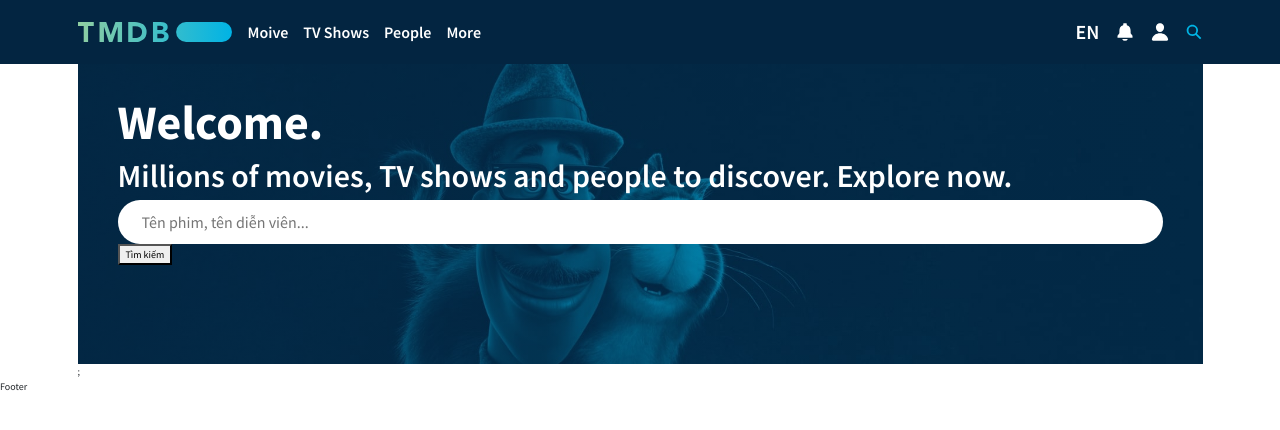
Repository: nguyennam1029/TMDB-App
Page: /
The author's editor kept a copy of each file at every save. The page is drawn from the files as they stood at one save, then again after the next save.
The browser window is 1280 px wide. The pictures show the whole page.
The project was rebuilt for these pictures with package versions that can differ from the ones it lists, and the page was loaded fresh each time. Also part of the build but not shown: src/components/ui/HeroCart/heroCart.css, src/components/ui/HeroCart/HeroCart.jsx, src/page/Search.jsx. Imported but missing from the stored project, and not drawn on this page: src/components/ui/ListHero/ListHero, src/page/HeroDetail.

Above is the page before, as saved 2022-09-26 20:21:17.

### public/index.html
<!DOCTYPE html>
<html lang="en">
  <head>
    <meta charset="utf-8" />
    <link rel="icon" href="%PUBLIC_URL%/favicon.ico" />
    <meta name="viewport" content="width=device-width, initial-scale=1" />
    <meta name="theme-color" content="#000000" />
    <meta
      name="description"
      content="Web site created using create-react-app"
    />
    <link rel="apple-touch-icon" href="%PUBLIC_URL%/logo192.png" />
    <!--
      manifest.json provides metadata used when your web app is installed on a
      user's mobile device or desktop. See https://developers.google.com/web/fundamentals/web-app-manifest/
    -->
    <link rel="manifest" href="%PUBLIC_URL%/manifest.json" />
    <!--
      Notice the use of %PUBLIC_URL% in the tags above.
      It will be replaced with the URL of the `public` folder during the build.
      Only files inside the `public` folder can be referenced from the HTML.

      Unlike "/favicon.ico" or "favicon.ico", "%PUBLIC_URL%/favicon.ico" will
      work correctly both with client-side routing and a non-root public URL.
      Learn how to configure a non-root public URL by running `npm run build`.
    -->
    <link
      rel="stylesheet"
      href="https://cdn.jsdelivr.net/npm/bootstrap@5.1.0/dist/css/bootstrap.min.css"
    />
    <title>React App</title>
  </head>
  <body>
    <noscript>You need to enable JavaScript to run this app.</noscript>
    <div id="root"></div>
    <!--
      This HTML file is a template.
      If you open it directly in the browser, you will see an empty page.

      You can add webfonts, meta tags, or analytics to this file.
      The build step will place the bundled scripts into the <body> tag.

      To begin the development, run `npm start` or `yarn start`.
      To create a production bundle, use `npm run build` or `yarn build`.
    -->
  </body>
</html>

### src/index.js
import React from "react";
import ReactDOM from "react-dom/client";
import { BrowserRouter as Router } from "react-router-dom";

import { Provider } from "react-redux";
import store from "./store";
import "./index.css";
import App from "./App";

const root = ReactDOM.createRoot(document.getElementById("root"));
root.render(
  <React.StrictMode>
    <Provider store={store}>
      <Router>
        <App />
      </Router>
    </Provider>
  </React.StrictMode>
);

// If you want to start measuring performance in your app, pass a function
// to log results (for example: reportWebVitals(console.log))
// or send to an analytics endpoint. Learn more: https://bit.ly/CRA-vitals

### src/store.js
import rootReducer from "./redux/reducers";

import { createStore } from "redux";
const store = createStore(
  rootReducer,
  window.__REDUX_DEVTOOLS_EXTENSION__ && window.__REDUX_DEVTOOLS_EXTENSION__()
);

export default store;

### src/index.css
@import url('https://fonts.googleapis.com/css2?family=Source+Sans+Pro:wght@200;300;400;600;700;900&display=swap');

html {
  font-size: 62.5%;
}

body {
  font-family: 'Source Sans Pro',
    sans-serif;

}

:root {
  --primary-text-color: #fff;
}

*,
*::before,
*::after {
  box-sizing: border-box;
}




img,
picture,
video,
canvas,
svg {
  display  : block;
  max-width: 100%;
}

input,
button,
textarea,
select {
  outline: none;
}

p,
h1,
h2,
h3,
h4,
h5,
h6 {
  overflow-wrap: break-word;
}

a {
  color          : inherit;
  text-decoration: none;
}

ul {
  padding: 0;
  margin : 0;
}

li {
  list-style: none;
}

### src/redux/reducers.js
const initState = {
  search: "",
  selectItem: {},
  listHeros: [],
};

const rootReducer = (state = initState, action) => {
  switch (action.type) {
    case "listHeros":
      return {
        ...state,
        listHeros: action.payload,
      };
    case "selectItem":
      return {
        ...state,
        selectItem: action.payload,
      };
    case "seachrItem":
      return {
        ...state,
        search: action.payload,
      };
    default:
      return state;
  }
};
export default rootReducer;

### src/components/Layout/Layout.jsx
import React from "react";

import Header from "../Header/Header";
import Footer from "../Footer/Footer";
// import Routers from "../../routes/Routers";
import Routers from "../../routes/Routers";

const Layout = () => {
  return (
    <>
      <Header />
      <Routers />
      <Footer />
    </>
  );
};

export default Layout;

### src/components/Header/Header.jsx
import React from "react";

import { Link, useNavigate } from "react-router-dom";
import { useState } from "react";
import { useDispatch } from "react-redux";
import { seachrItem } from "../../redux/action";
import { useEffect } from "react";
import {
  IoSearchOutline,
  IoNotificationsSharp,
  IoPerson,
  IoSearchSharp,
} from "react-icons/io5";
import { Container } from "react-bootstrap";
import Dropdown from "react-bootstrap/Dropdown";
import { NavLink } from "react-router-dom";
import logo from "../../assets/images/logo.svg";
import "./header.css";
const Header = () => {
  // const dispatch = useDispatch();
  // const [searchName, setSearchName] = useState("");
  // const Navigate = useNavigate();
  // const handleOnchange = (value) => {
  //   value !== "" ? Navigate("/seachr") : Navigate("/");
  //   setSearchName(value);
  // };

  // useEffect(() => {
  //   dispatch(seachrItem(searchName));
  // }, [searchName]);
  // return (
  //   <ul>
  //     <li>
  //       <Link to={"/home"} onClick={() => setSearchName("")}>
  //         Home
  //       </Link>
  //     </li>
  //     <li>
  //       <input
  //         type="text"
  //         value={searchName}
  //         placeholder="Tìm kiếm"
  //         onChange={(e) => {
  //           handleOnchange(e.target.value);
  //         }}
  //       />
  //     </li>
  //     <li>
  //       Tim kiem <IoSearchOutline />
  //     </li>
  //   </ul>
  // );
  //CÁC MENU ITEM
  const NavItemLinks = [
    {
      display: "Moive",
      url: "/moive",
    },
    {
      display: "TV Shows",
      url: "/tvshows",
    },
    {
      display: "People",
      url: "/people",
    },
    {
      display: "More",
      url: "/More",
    },
  ];
  return (
    <div className="header">
      <Container>
        <div className="nav d-flex align-items-center justify-content-between">
          <div className="nav__left d-flex align-items-center justify-content-center mr-3">
            <NavLink to="/" className="nav__left--img d-block">
              <img src={logo} alt="" />
            </NavLink>

            <ul className="nav__list d-flex align-items-center gap-4">
              {NavItemLinks.map((item, index) => (
                <li className="nav__item" key={index}>
                  <NavLink
                    to={item.url}
                    className={(navClass) =>
                      navClass.isActive ? "active" : ""
                    }
                  >
                    {item.display}
                  </NavLink>
                </li>
              ))}
            </ul>
          </div>
          <div className="nav__right">
            <ul className="nav__list d-flex align-items-center gap-4">
              <li className="nav__item nav__right--item">
                <NavLink
                  to="en"
                  className={(navClass) => (navClass.isActive ? "active" : "")}
                >
                  EN
                </NavLink>
              </li>

              <li className="nav__item nav__right--item">
                <NavLink
                  to="noti"
                  className={(navClass) => (navClass.isActive ? "active" : "")}
                >
                  <IoNotificationsSharp />
                </NavLink>
              </li>

              <li className="nav__item nav__right--item">
                <NavLink
                  to="user"
                  className={(navClass) => (navClass.isActive ? "active" : "")}
                >
                  <IoPerson />
                </NavLink>
              </li>

              <li className="nav__item nav__right--item search">
                <NavLink
                  to="user"
                  className={(navClass) => (navClass.isActive ? "active" : "")}
                >
                  <IoSearchSharp />
                </NavLink>
              </li>
            </ul>
          </div>
        </div>
      </Container>
    </div>
  );
};
export default Header;

### src/components/Footer/Footer.jsx
import React from "react";

const Footer = () => {
  return <div>Footer</div>;
};
export default Footer;

### src/routes/Routers.jsx
import { Routes, Route, Navigate } from "react-router-dom";

import React from "react";

import { HomePage } from "../page/Home";
import { HeroDetail } from "../page/HeroDetail";
import { Search } from "../page/Search";

const Routers = () => {
  return (
    <Routes>
      <Route path="/" element={<Navigate to="/Home" />} />
      <Route path="/Home" element={<HomePage />} />
      <Route path="/Home/:id" element={<HeroDetail />} />
      <Route path="/seachr" element={<Search />} />
    </Routes>
  );
};
export default Routers;

### src/redux/action.js
export const getListHeros = (heros) => {
  return {
    type: "listHeros",
    payload: heros,
  };
};

export const selectItem = (item) => {
  return {
    type: "selectItem",
    payload: item,
  };
};

export const seachrItem = (item) => {
  return {
    type: "seachrItem",
    payload: item,
  };
};
// export 1 cái getListHeros thì lại đc
// => ko thể sử dụng cú pháp export const getListHeros = (heros) => {...}

// export default getListHeros; export 1 cái thì không lỗi

// export { getListHeros, testt }; cách này củng lỗi

### src/components/Header/header.css
.header {
    background-color: #032541;
    display         : flex;
    justify-content : center;
    align-items     : center;
    position        : fixed;
    top             : 0;
    left            : 0;

    height    : 64px;
    width     : 100%;
    z-index   : 10;
    transition: top 0.2s linear;

}

.nav__left--img {
    width       : 154px;
    height      : auto;
    margin-right: 16px;
}

.nav__left--img img {
    width: 100%;
}

.nav__item {
    font-size  : 1.6rem;
    color      : var(--primary-text-color);
    font-weight: 600;
}

.nav__right--item {
    font-size  : 2rem;
    font-weight: 600;
}

.nav__right--item.search {
    font-size  : 1.8rem;
    color      : #01b4e4;
    font-weight: 800;

}

### src/page/Home.jsx
import React from "react";
import { Banner } from "../components/Banner/Banner";
import { ListHero } from "../components/ui/ListHero/ListHero";
// import Slider from "../components/ui/Slider/Slider";

export const HomePage = () => {
  return (
    <div>
      <Banner />
      {/* <ListHero /> */}
    </div>
  );
};

### src/components/Banner/Banner.jsx
import React from "react";

import { Container } from "react-bootstrap";
import "./banner.css";
export const Banner = () => {
  return (
    <Container>
      <div className="banner">
        <div className="banner-content">
          <div className="banner-title">
            <h2>Welcome.</h2>
            <h3>
              Millions of movies, TV shows and people to discover. Explore now.
            </h3>
          </div>
          <div className="banner-search">
            <input type="text" placeholder="Tên phim, tên diễn viên..." />
            <button>Tìm kiếm</button>
          </div>
        </div>
      </div>
      ;
    </Container>
  );
};

### src/components/Banner/banner.css
.banner {
    margin-top: 64px;
    background-image: linear-gradient(to right, rgba(3, 37, 65, 0.8) 0%, rgba(3, 37, 65, 0) 100%),
        url("../../assets/images/banner.jpg");
    min-height: 300px;

    max-height         : 360px;
    background-position: top center;
    background-size    : cover;
    background-repeat  : no-repeat;
    color              : #fff;
}

.banner-content {
    padding: 30px 40px;
}

.banner-title {}

.banner-title h2 {
    font-size  : 4.8rem;
    font-weight: 700;
}

.banner-title h3 {
    font-size  : 3.2rem;
    font-weight: 600;
}

.banner-search {
    width   : 100%;
    position: relative;
}

.banner-search input {
    width                : 100%;
    padding              : 10px 24px;
    border               : none;
    font-size            : 1.6rem;
    border-radius        : 6rem;
    -webkit-border-radius: 6rem;
    -moz-border-radius   : 6rem;
    -ms-border-radius    : 6rem;
    -o-border-radius     : 6rem;
}

Loaded but not shown: src/App.js (common file)

After the next save:
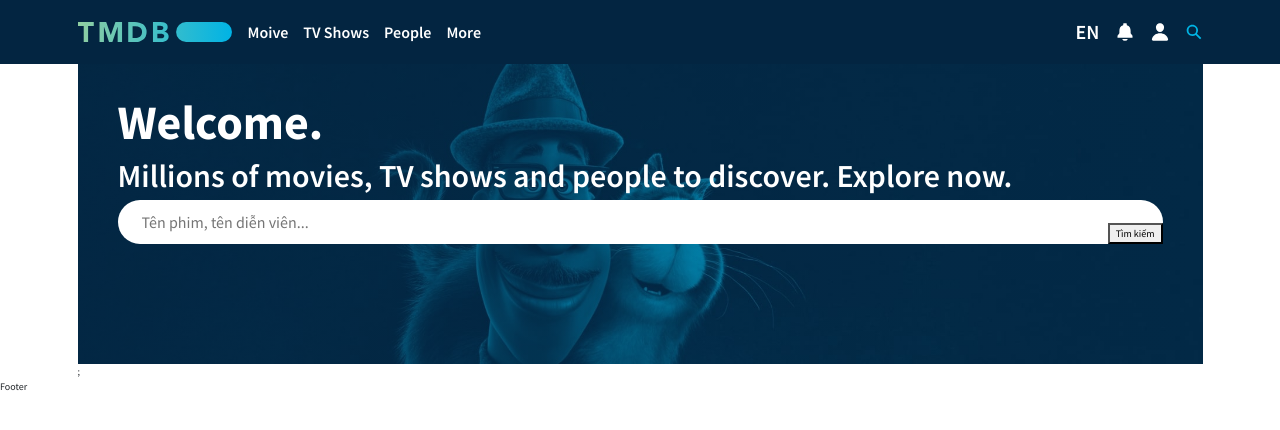
Saved 31 s later.
--- a/src/components/Banner/banner.css
+++ b/src/components/Banner/banner.css
@@ -43,3 +43,9 @@
     -ms-border-radius    : 6rem;
     -o-border-radius     : 6rem;
 }
+
+.banner-search button {
+    position: absolute;
+    bottom  : 0;
+    right   : 0;
+}
